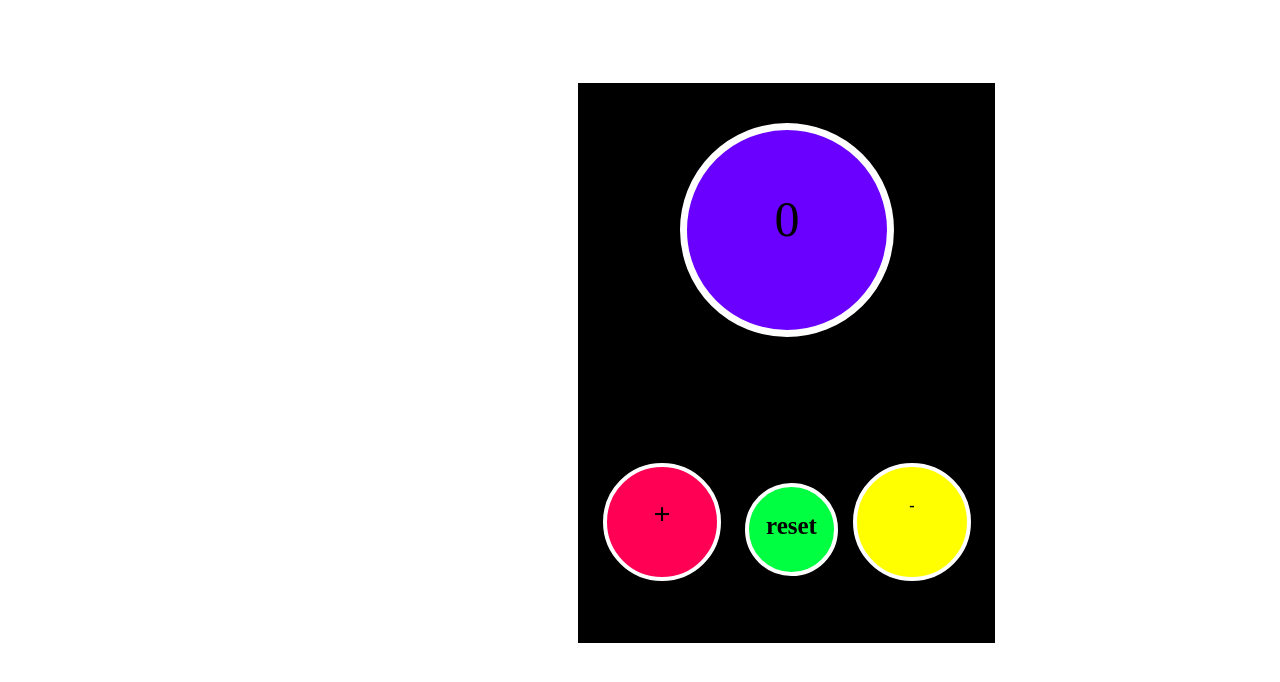
Repository: sara55m/Counter_App
Page: index.html
The author's editor kept a copy of each file at every save. The page is drawn from the files as they stood at one save, then again after the next save.
The browser window is 1280 px wide. The pictures show the whole page.

Above is the page before, as saved 2024-07-31 18:07:22.

After the next save:
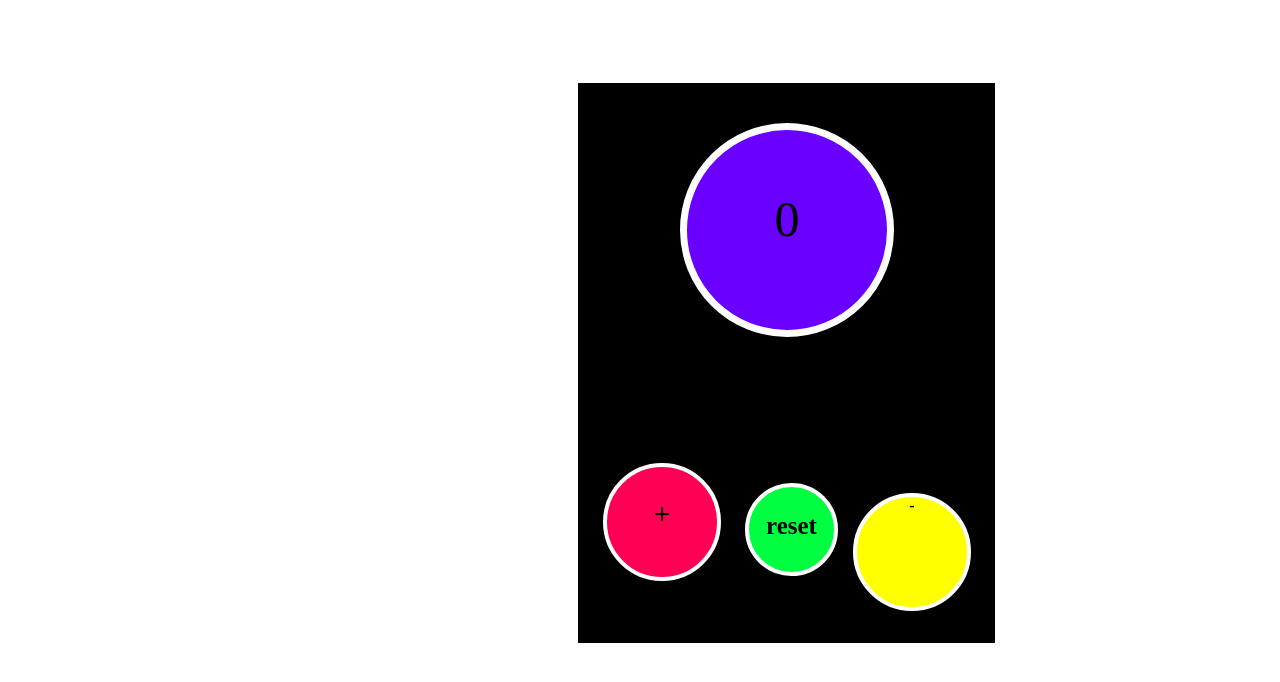
Saved 48 s later.
--- a/css/style.css
+++ b/css/style.css
@@ -42,11 +42,14 @@ p.first,p.second{
     font-size: 30px;
     text-align: center;
 }
-
 .decrease{
     position:absolute;
     top:380px;
     left:275px;
+
+}
+.decrease2{
+
     height:110px;
     width:110px;
     border-radius: 50%;
